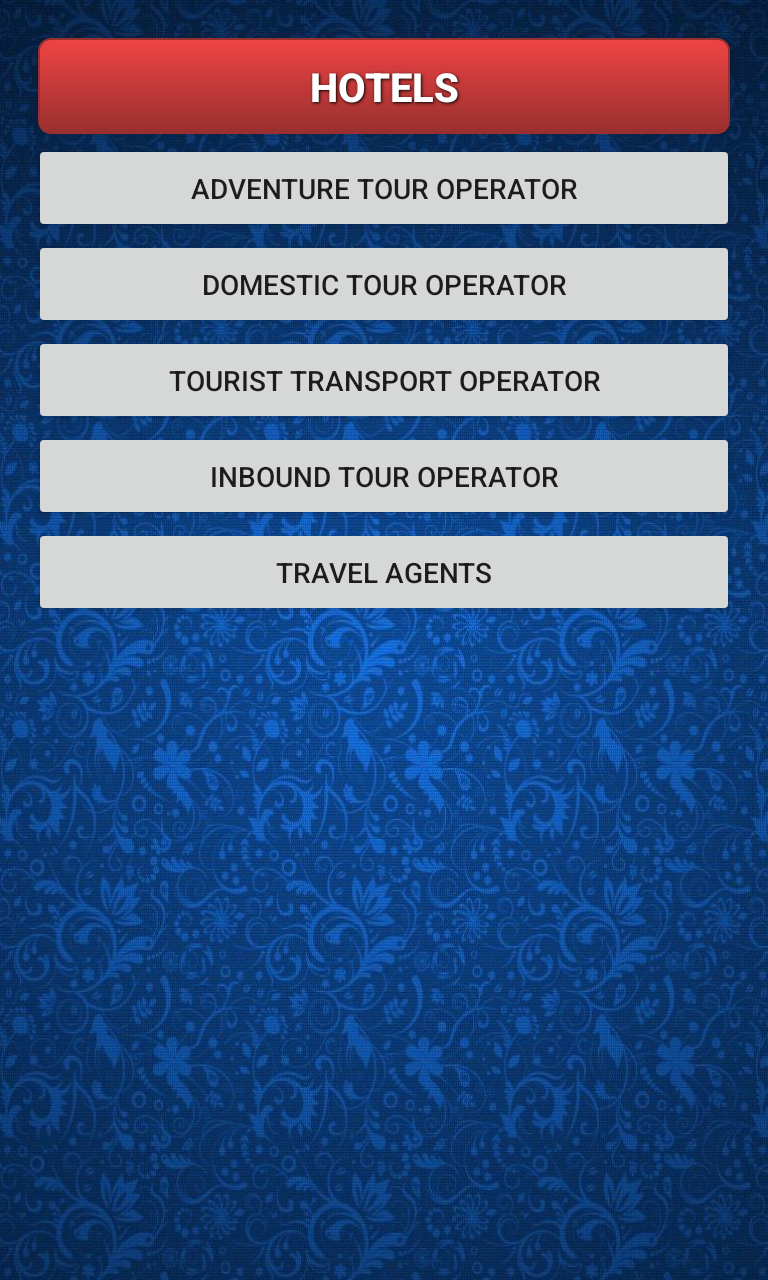
Repository: ayushshah/indsafari
Layout: Indian Safari/res/layout/activity_options_menu.xml
The author's editor kept a copy of each file at every save. The layout is drawn from the files as they stood at one save, then again after the next save.
It is drawn on a 768 x 1280 px phone screen (xhdpi) without system bars, with theme AppTheme; the app's code is not run.

Above is the layout before, as saved 2014-07-27 17:52:47.

### Indian Safari/res/layout/activity_options_menu.xml
<LinearLayout xmlns:android="http://schemas.android.com/apk/res/android"
    android:orientation="vertical"
    xmlns:tools="http://schemas.android.com/tools"
    android:layout_width="match_parent"
    android:layout_height="match_parent"
    android:paddingBottom="@dimen/activity_vertical_margin"
    android:paddingLeft="@dimen/activity_horizontal_margin"
    android:paddingRight="@dimen/activity_horizontal_margin"
    android:paddingTop="@dimen/activity_vertical_margin"
    tools:context="com.example.pleasework.OptionsMenu"
     android:background="@drawable/back"
     >

    <Button
        android:onClick="takeToHotels"
        android:layout_height="wrap_content"
        android:layout_width="match_parent"
        android:text="Hotels"
        android:background="@drawable/red_button"
		style="@style/button_text"
        />

    <Button
        android:onClick="takeToATO"
        android:layout_height="wrap_content"
        android:layout_width="match_parent"
        android:text="Adventure Tour Operator"
        />

    <Button
        android:onClick="takeToDTO"
        android:layout_height="wrap_content"
        android:layout_width="match_parent"
        android:text="Domestic Tour Operator"
        />


    <Button
        android:onClick="takeToTTO"
        android:layout_height="wrap_content"
        android:layout_width="match_parent"
        android:text="Tourist Transport Operator"
        />

    <Button
        android:onClick="takeToITO"
        android:layout_height="wrap_content"
        android:layout_width="match_parent"
        android:text="Inbound Tour Operator"
        />
    <Button
        android:onClick="takeToTA"
        android:layout_height="wrap_content"
        android:layout_width="match_parent"
        android:text="Travel Agents"
        />


</LinearLayout>

### Indian Safari/res/values/styles.xml
<resources>

    <!--
        Base application theme, dependent on API level. This theme is replaced
        by AppBaseTheme from res/values-vXX/styles.xml on newer devices.
    -->
    <style name="AppBaseTheme" parent="Theme.AppCompat.Light">
        <!--
            Theme customizations available in newer API levels can go in
            res/values-vXX/styles.xml, while customizations related to
            backward-compatibility can go here.
        -->
    </style>

    <!-- Application theme. -->
    <style name="AppTheme" parent="AppBaseTheme">
        <!-- All customizations that are NOT specific to a particular API-level can go here. -->
    </style>

    <style name="button_text">
        <item name="android:layout_width">fill_parent</item>
        <item name="android:layout_height">wrap_content</item>
        <item name="android:textColor">#ffffff</item>
        <item name="android:gravity">center</item>
        <item name="android:layout_margin">3dp</item>
        <item name="android:textSize">20sp</item>
        <item name="android:textStyle">bold</item>
        <item name="android:shadowColor">#000000</item>
        <item name="android:shadowDx">1</item>
        <item name="android:shadowDy">1</item>
        <item name="android:shadowRadius">2</item>
    </style>

</resources>

### Indian Safari/res/drawable/red_button.xml
<?xml version="1.0" encoding="utf-8"?>
<selector xmlns:android="http://schemas.android.com/apk/res/android">

    <item android:state_pressed="true"><shape>
            <solid android:color="#ef4444" />

            <stroke android:width="1dp" android:color="#992f2f" />

            <corners android:radius="6dp" />

            <padding android:bottom="10dp" android:left="10dp" android:right="10dp" android:top="10dp" />
        </shape></item>
    <item><shape>
            <gradient android:angle="270" android:endColor="#992f2f" android:startColor="#ef4444" />

            <stroke android:width="1dp" android:color="#992f2f" />

            <corners android:radius="6dp" />

            <padding android:bottom="10dp" android:left="10dp" android:right="10dp" android:top="10dp" />
        </shape></item>

</selector>

Loaded but not shown: Indian Safari/res/values-v11/styles.xml (common file); Indian Safari/res/values-v14/styles.xml (common file); Indian Safari/res/values/dimens.xml (common file); Indian Safari/res/values-w820dp/dimens.xml (common file)

After the next save:
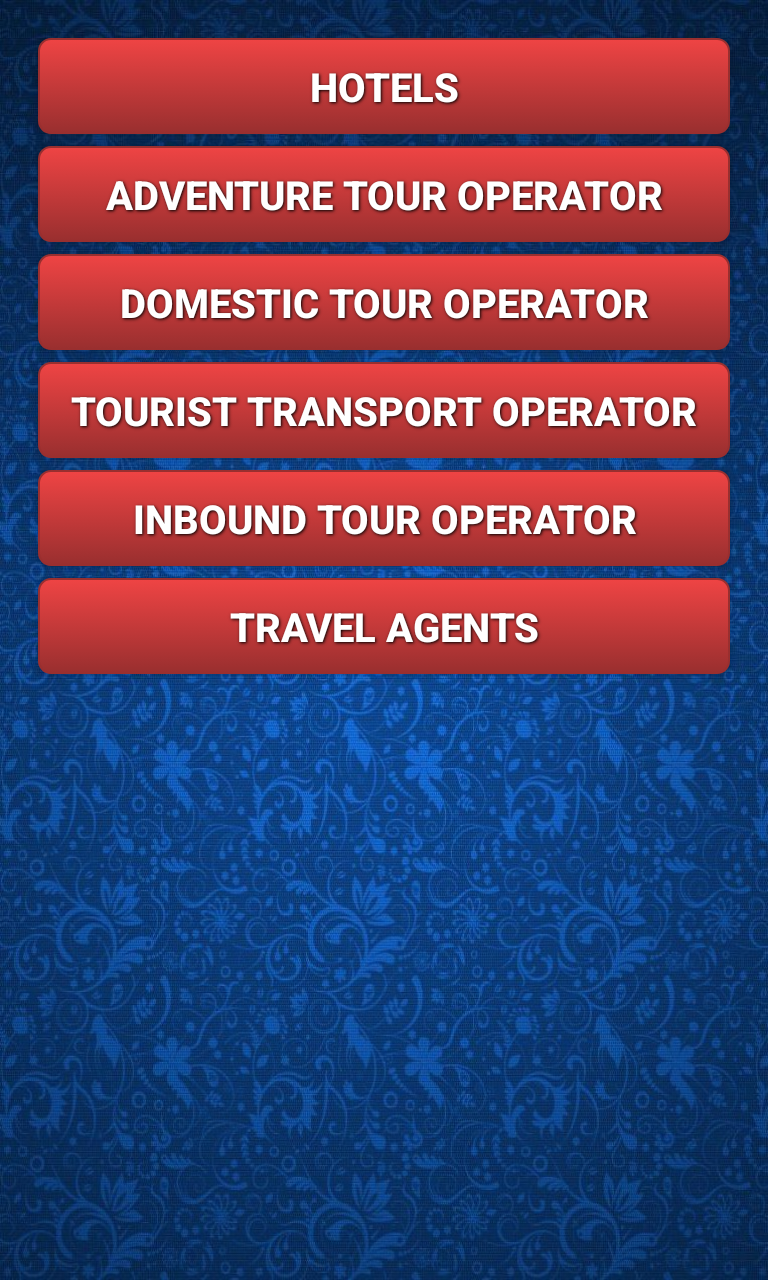
Saved 2 min 59 s later.
--- a/Indian Safari/res/layout/activity_options_menu.xml
+++ b/Indian Safari/res/layout/activity_options_menu.xml
@@ -1,59 +1,61 @@
 <LinearLayout xmlns:android="http://schemas.android.com/apk/res/android"
-    android:orientation="vertical"
     xmlns:tools="http://schemas.android.com/tools"
     android:layout_width="match_parent"
     android:layout_height="match_parent"
+    android:background="@drawable/back"
+    android:orientation="vertical"
     android:paddingBottom="@dimen/activity_vertical_margin"
     android:paddingLeft="@dimen/activity_horizontal_margin"
     android:paddingRight="@dimen/activity_horizontal_margin"
     android:paddingTop="@dimen/activity_vertical_margin"
-    tools:context="com.example.pleasework.OptionsMenu"
-     android:background="@drawable/back"
-     >
+    tools:context="com.example.pleasework.OptionsMenu" >
 
     <Button
+        style="@style/button_text"
+        android:layout_width="match_parent"
+        android:layout_height="wrap_content"
+        android:background="@drawable/red_button"
         android:onClick="takeToHotels"
-        android:layout_height="wrap_content"
-        android:layout_width="match_parent"
-        android:text="Hotels"
-        android:background="@drawable/red_button"
-		style="@style/button_text"
-        />
+        android:text="Hotels" />
 
     <Button
+        style="@style/button_text"
+        android:layout_width="match_parent"
+        android:layout_height="wrap_content"
+        android:background="@drawable/red_button"
         android:onClick="takeToATO"
-        android:layout_height="wrap_content"
-        android:layout_width="match_parent"
-        android:text="Adventure Tour Operator"
-        />
+        android:text="Adventure Tour Operator" />
 
     <Button
+        style="@style/button_text"
+        android:layout_width="match_parent"
+        android:layout_height="wrap_content"
+        android:background="@drawable/red_button"
         android:onClick="takeToDTO"
-        android:layout_height="wrap_content"
-        android:layout_width="match_parent"
-        android:text="Domestic Tour Operator"
-        />
-
+        android:text="Domestic Tour Operator" />
 
     <Button
+        style="@style/button_text"
+        android:layout_width="match_parent"
+        android:layout_height="wrap_content"
+        android:background="@drawable/red_button"
         android:onClick="takeToTTO"
-        android:layout_height="wrap_content"
-        android:layout_width="match_parent"
-        android:text="Tourist Transport Operator"
-        />
+        android:text="Tourist Transport Operator" />
 
     <Button
+        style="@style/button_text"
+        android:layout_width="match_parent"
+        android:layout_height="wrap_content"
+        android:background="@drawable/red_button"
         android:onClick="takeToITO"
+        android:text="Inbound Tour Operator" />
+
+    <Button
+        style="@style/button_text"
+        android:layout_width="match_parent"
         android:layout_height="wrap_content"
-        android:layout_width="match_parent"
-        android:text="Inbound Tour Operator"
-        />
-    <Button
+        android:background="@drawable/red_button"
         android:onClick="takeToTA"
-        android:layout_height="wrap_content"
-        android:layout_width="match_parent"
-        android:text="Travel Agents"
-        />
-
+        android:text="Travel Agents" />
 
 </LinearLayout>
